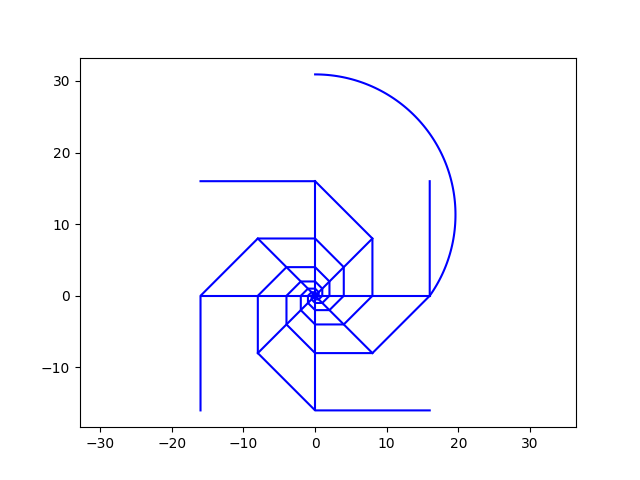
Repository: lbylzkx/Circle-Point-Manuscript
Script's output: python 卍.py
The author's editor kept a copy of each file at every save. The script's output is drawn from the files as they stood at one save, then again after the next save.
Random numbers start from a fixed seed.

Above is the script's output before, as saved 2023-09-25 10:38:50.

After the next save:
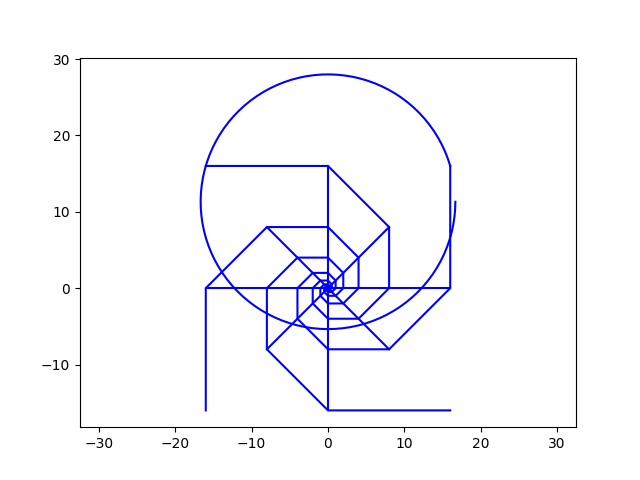
Saved 2 min 22 s later.
--- a/卍.py
+++ b/卍.py
@@ -51,7 +51,7 @@
 
 
 arc((x_position(7, 3*np.pi/4), y_position(7, 3*np.pi/4)),
-    (x_position(8), y_position(8)), (x_position(9, np.pi/4), y_position(9, np.pi/4)),)
+    (x_position(9), y_position(9)), (x_position(8, np.pi/4), y_position(8, np.pi/4)),)
 
 
 plt.axis('equal')

After the save that followed:
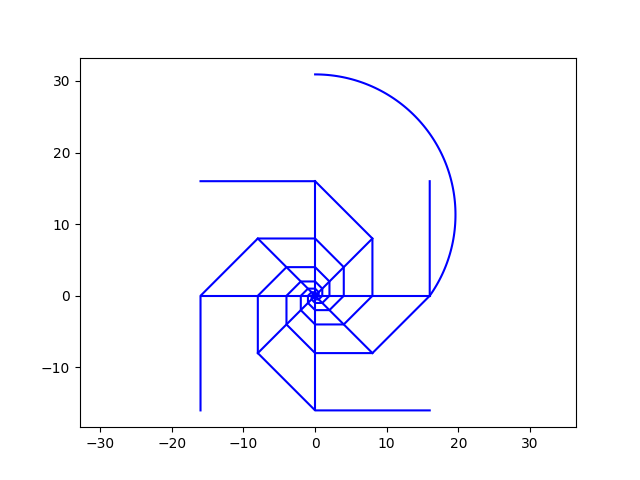
Saved 22 s later.
--- a/卍.py
+++ b/卍.py
@@ -51,7 +51,7 @@
 
 
 arc((x_position(7, 3*np.pi/4), y_position(7, 3*np.pi/4)),
-    (x_position(9), y_position(9)), (x_position(8, np.pi/4), y_position(8, np.pi/4)),)
+    (x_position(8), y_position(8)), (x_position(9, np.pi/4), y_position(9, np.pi/4)),)
 
 
 plt.axis('equal')
